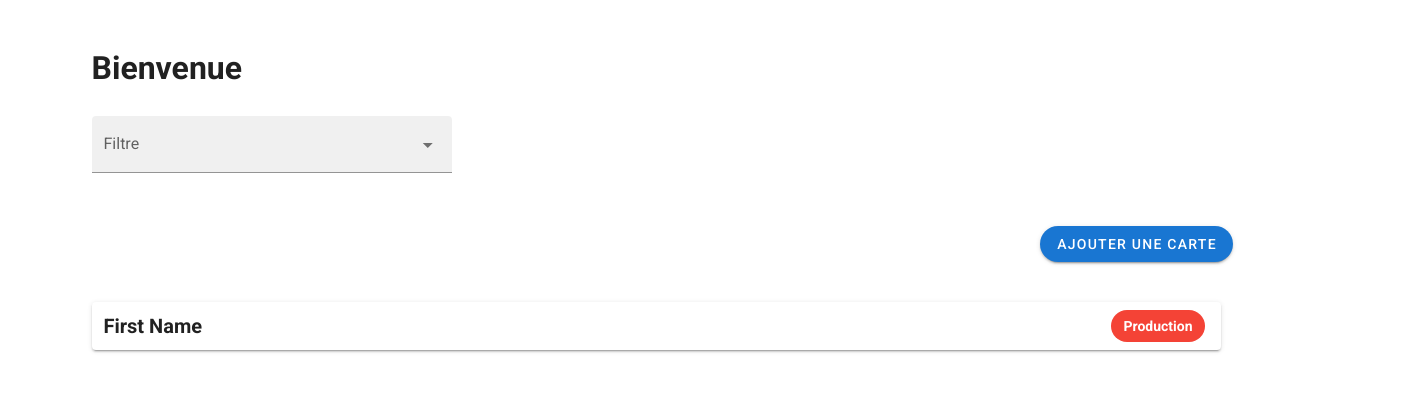
Repository: SidneyHodieb/myc
Page: /
The author's editor kept a copy of each file at every save. The page is drawn from the files as they stood at one save, then again after the next save.
The browser window is 1280 px wide. The page is 1425 px wide, so the pictures cover 1425 px, including what lies to the right of the window. The pictures show the whole page.
The project was rebuilt for these pictures with package versions that can differ from the ones it lists, and the page was loaded fresh each time. Also part of the build but not shown: vue.config.js.

Above is the page before, as saved 2021-04-02 00:15:38.

### src/App.vue
<template>
  <v-app>
    <v-main>
      <router-view></router-view>
    </v-main>
  </v-app>
</template>

<script>

export default {
  name: 'App',
  data: () => ({
    //
  }),
};
</script>

### src/views/Home.vue
<template>
  <v-container>
    <v-row class="mt-5 ml-5">
      <v-col cols="12" sm="12">
        <h1>Bienvenue</h1>
      </v-col>
      <v-col class="d-flex" sm="4">
        <v-select :items="items" filled label="Filtre"></v-select>
      </v-col>
     <v-col offset-md="8" sm="6" >
      <div class="text-center">
        <v-btn rounded color="primary">
          Ajouter une carte
        </v-btn>
      </div>
      </v-col>
      <v-col
          cols="12"
          sm="12"
          class="mt-4"
        >
          <v-text-field
            readonly
            value="First Name"
            solo
            style="font-weight:bold; font-size:20px"
          >
             <template v-slot:append>
               <v-chip text-color="white" color="red" class="ma-1">Production</v-chip>
              </template>

          </v-text-field>
        </v-col>
    </v-row>
  </v-container>
</template>

<script>
// @ is an alias to /src

export default {
  components: {},
};
</script>

Loaded but not shown: public/index.html (common file); src/main.js (common file); src/router/index.js (common file); src/store/index.js (common file); src/plugins/vuetify.js (common file)

After the next save:
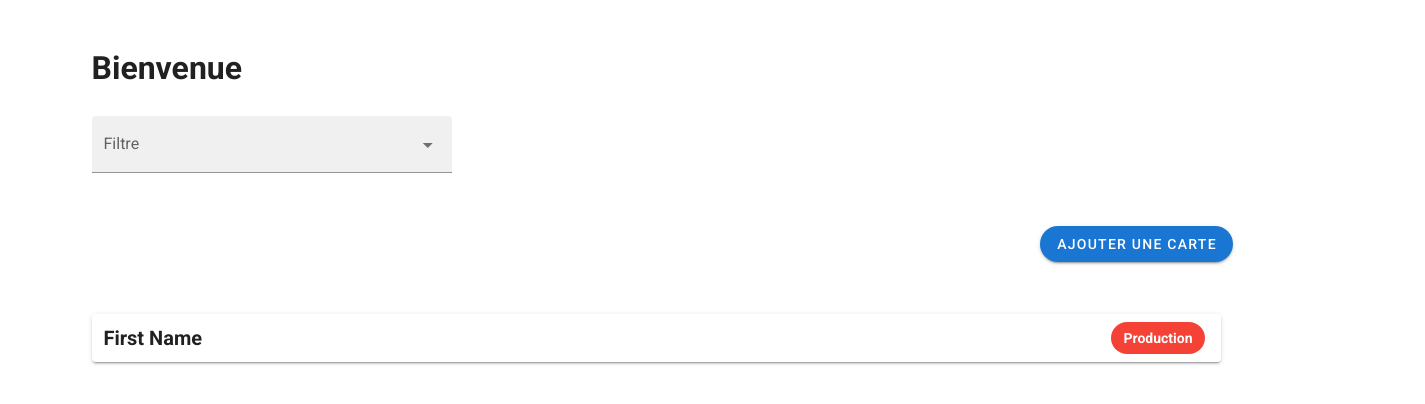
Saved 23 s later.
--- a/src/views/Home.vue
+++ b/src/views/Home.vue
@@ -7,7 +7,7 @@
       <v-col class="d-flex" sm="4">
         <v-select :items="items" filled label="Filtre"></v-select>
       </v-col>
-     <v-col offset-md="8" sm="6" >
+     <v-col offset-md="8" sm="6" class="mb-3" >
       <div class="text-center">
         <v-btn rounded color="primary">
           Ajouter une carte

After the save that followed:
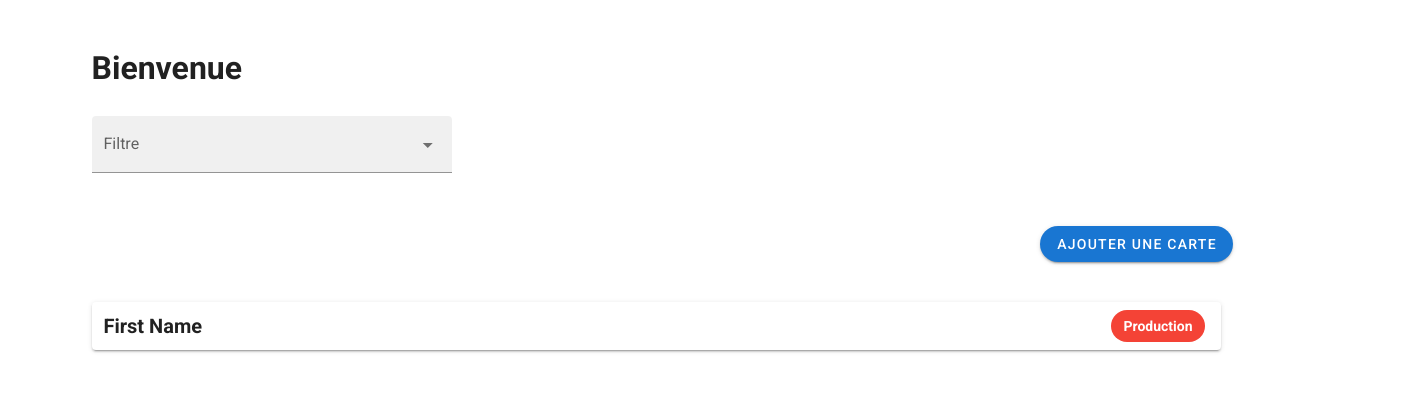
Saved 9 s later.
--- a/src/views/Home.vue
+++ b/src/views/Home.vue
@@ -7,7 +7,7 @@
       <v-col class="d-flex" sm="4">
         <v-select :items="items" filled label="Filtre"></v-select>
       </v-col>
-     <v-col offset-md="8" sm="6" class="mb-3" >
+     <v-col offset-md="8" sm="6">
       <div class="text-center">
         <v-btn rounded color="primary">
           Ajouter une carte
